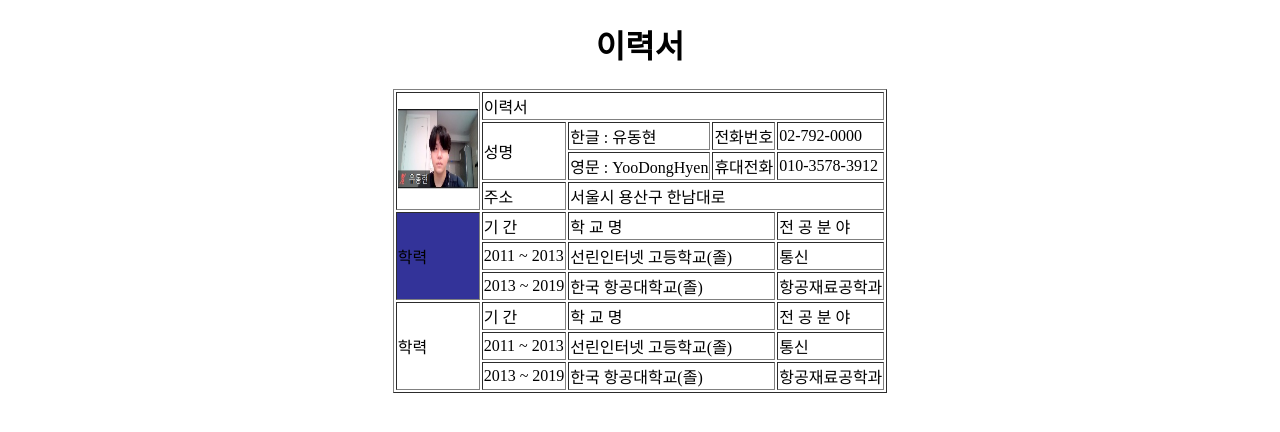
Repository: DongHyenYoo/DongHyen
Page: JdbcStudy/HTMLTEST/WebContent/resume.html
An editor plug-in stored every save of this project. The page is shown before and after the next save, followed by the edit.
The browser window is 1280 px wide. The pictures show the whole page.

Above is the page before, as saved 2022-09-23 08:34:43.

### JdbcStudy/HTMLTEST/WebContent/resume.html
<!DOCTYPE html>
<html>
<head>
<meta charset="UTF-8">
<title>이력서</title>
</head>
<body>
<h1 align = "center">이력서</h1>
<table border="1" align = "center">
<tr>
<td rowspan="4"><img src="Test.jpg" width = "80" height="80" alt="테스트"></td> <td colspan="4">이력서</td>
</tr>

<tr>
 <td rowspan="2">성명</td> <td>한글 : 유동현</td> <td>전화번호</td> <td> 02-792-0000</td>
</tr>

<tr>
 <td>영문 : YooDongHyen</td> <td>휴대전화</td> <td>010-3578-3912</td>
</tr>

<tr>
 <td>주소</td> <td colspan="3">서울시 용산구 한남대로</td>
</tr>

<tr>
 <td rowspan = "3" bgcolor="#333399">학력</td> <td>기&nbsp;간</td> <td colspan="2">학&nbsp;교&nbsp;명</td> <td>전&nbsp;공&nbsp;분&nbsp;야</td>
</tr>

<tr>
 <td>2011 ~ 2013</td>  <td colspan="2">선린인터넷 고등학교(졸)</td> <td>통신</td>
</tr>

<tr>
 <td>2013 ~ 2019</td> <td colspan="2">한국 항공대학교(졸)</td> <td>항공재료공학과</td>
</tr>


<tr>
 <td rowspan = "3">학력</td> <td>기&nbsp;간</td> <td colspan="2">학&nbsp;교&nbsp;명</td> <td>전&nbsp;공&nbsp;분&nbsp;야</td>
</tr>

<tr>
 <td>2011 ~ 2013</td>  <td colspan="2">선린인터넷 고등학교(졸)</td> <td>통신</td>
</tr>

<tr>
 <td>2013 ~ 2019</td> <td colspan="2">한국 항공대학교(졸)</td> <td>항공재료공학과</td>
</tr>


</table>
</body>
</html>

After the next save:
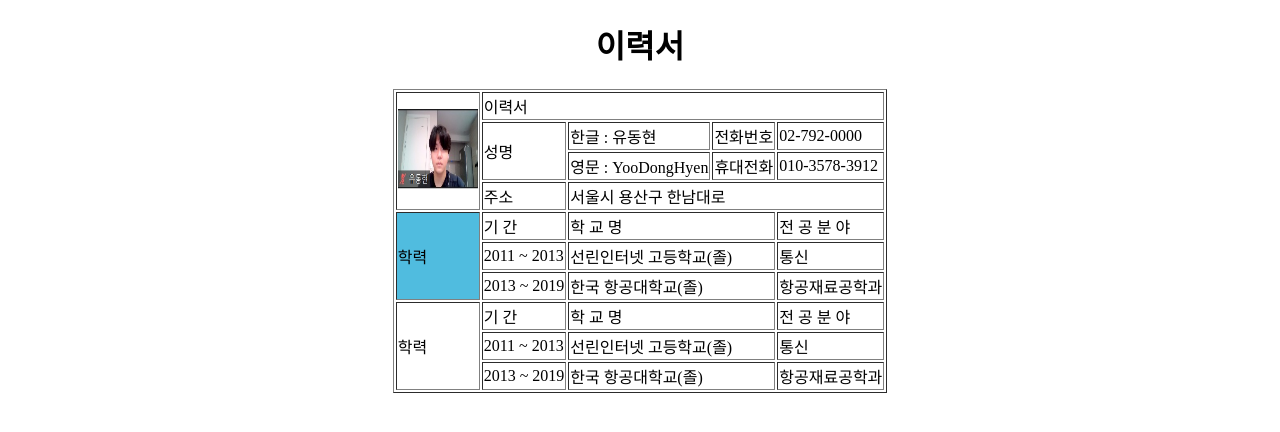
Saved 18 s later.
--- a/JdbcStudy/HTMLTEST/WebContent/resume.html
+++ b/JdbcStudy/HTMLTEST/WebContent/resume.html
@@ -24,7 +24,7 @@
 </tr>
 
 <tr>
- <td rowspan = "3" bgcolor="#333399">학력</td> <td>기&nbsp;간</td> <td colspan="2">학&nbsp;교&nbsp;명</td> <td>전&nbsp;공&nbsp;분&nbsp;야</td>
+ <td rowspan = "3" bgcolor="#50BCDF">학력</td> <td>기&nbsp;간</td> <td colspan="2">학&nbsp;교&nbsp;명</td> <td>전&nbsp;공&nbsp;분&nbsp;야</td>
 </tr>
 
 <tr>
